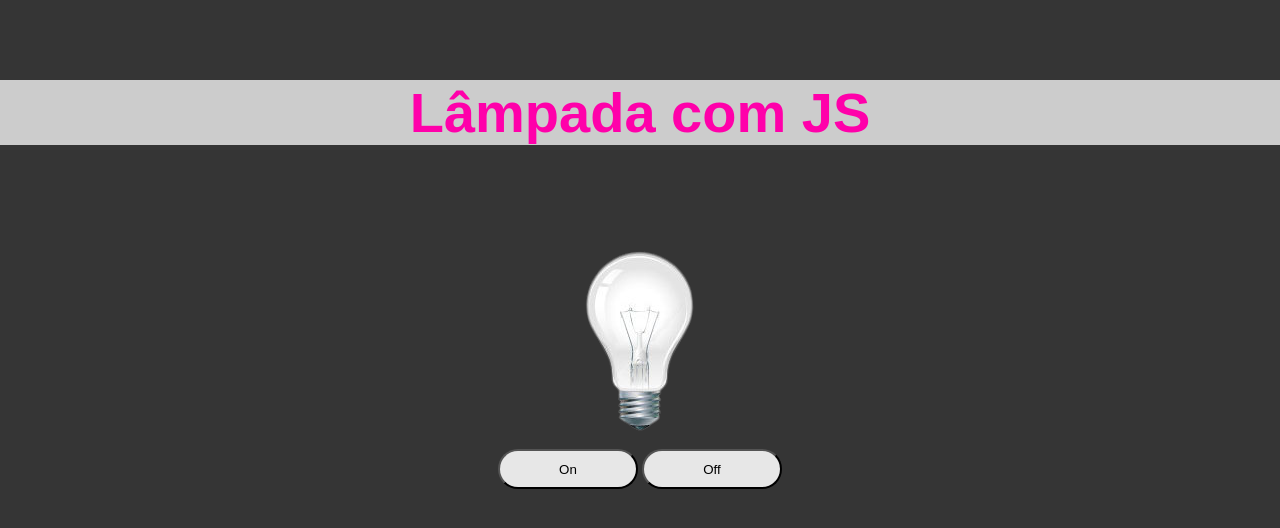
Repository: kahut-gdd/lampadaComJs
Page: index.html
The author's editor kept a copy of each file at every save. The page is drawn from the files as they stood at one save, then again after the next save.
The browser window is 1280 px wide. The pictures show the whole page.

Above is the page before, as saved 2022-06-25 12:59:32.

After the next save:
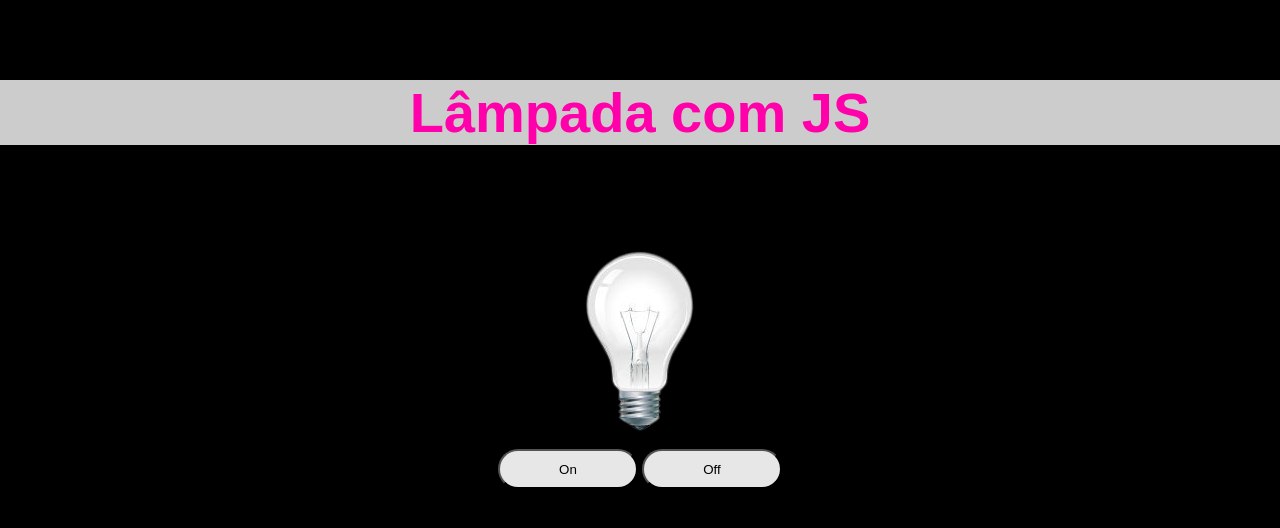
Saved 9 s later.
--- a/index.html
+++ b/index.html
@@ -9,7 +9,7 @@
         *{
             margin: 0;
             padding: 0;
-            background: rgb(53, 53, 53);
+            background: rgb(0, 0, 0);
             align-items: center;
         }
         h1{
